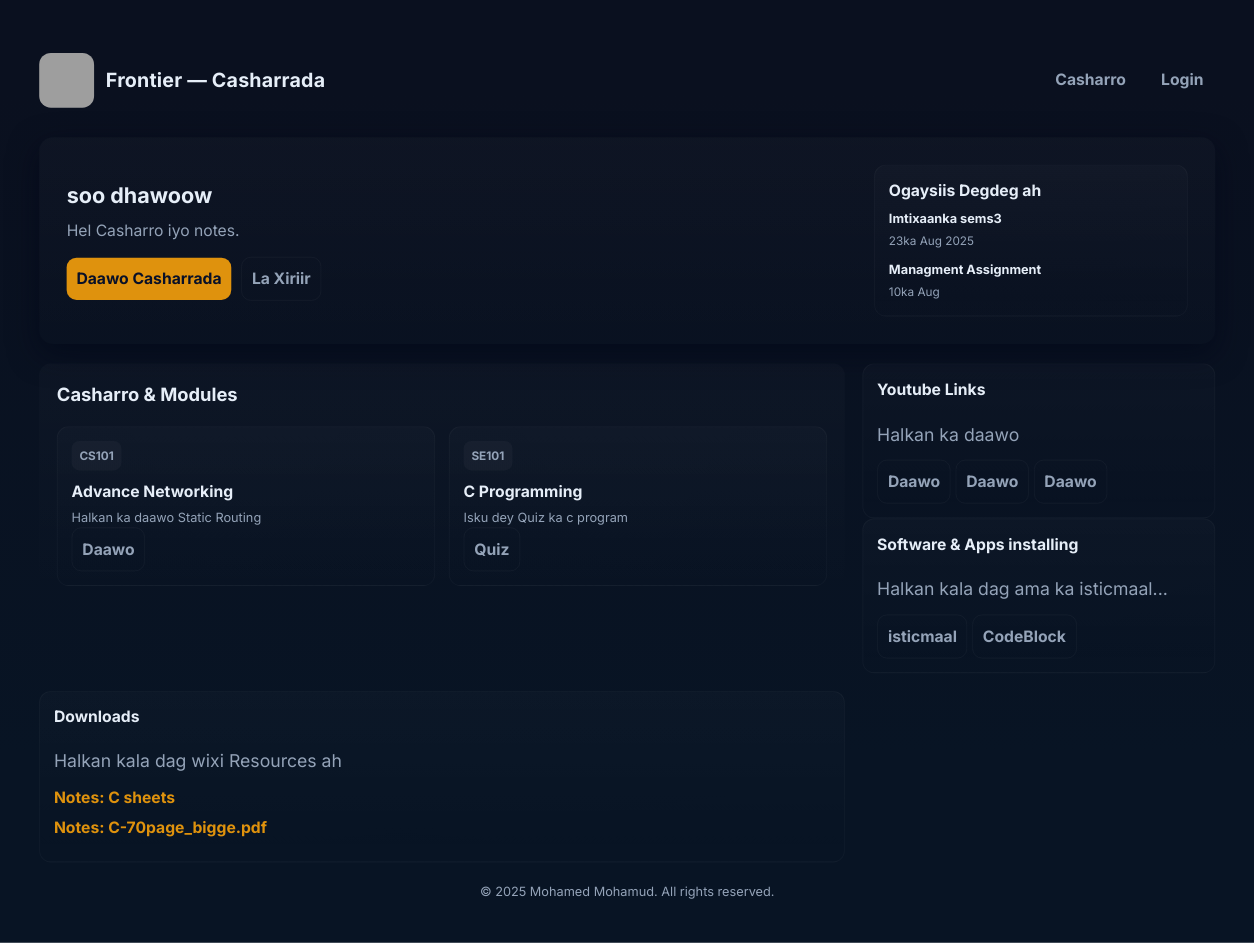
Repository: mrfiiqane/Al-Tacaawun.com
Page: index.html
These files come from the project's save history. The page is drawn as it stood at one moment and after the next save; the edit follows.
The browser window is 1280 px wide. The pictures show the whole page, at 98% of full size.
Pictures or frames that could not be fetched are drawn as grey boxes.

Above is the page before, as saved 2025-08-12 09:08:18.

### index.html
<!doctype html>
<html lang="en">
<head>
  <meta charset="utf-8" />
  <meta name="viewport" content="width=device-width,initial-scale=1" />
  <title>Jaamacadda — Casharrada</title>
  <link rel="stylesheet" href="./style.css">

  <!-- Google Font (optional) -->
  <link href="https://fonts.googleapis.com/css2?family=Inter:wght@300;400;600;700&display=swap" rel="stylesheet">

</head>
<body>
  <div class="wrap">

    <header>
      <div class="brand">
        <div class="logo"></div>
        <div>
          <h1 class="site-title">Frontier — Casharrada</h1>
        </div>
      </div>

      <nav aria-label="Primary">
        <a href="#courses">Casharro</a>
        <a href="./Singin.html">Login</a>
      </nav>
    </header>

    <section class="hero">
      <div class="hero-left">

        <h2>soo dhawoow</h2>
        <p>Hel Casharro iyo notes.</p>

        <div class="cta-row">
          <a class="btn" href="#courses">Daawo Casharrada</a>
          <a class="btn secondary" href="#contact">La Xiriir</a>
        </div>
      </div>

      <div class="hero-right card">
        <h4 style="margin:0 0 8px 0">Ogaysiis Degdeg ah</h4>
        <ul class="ann-list">
          <li class="ann"><div><b>Imtixaanka sems3</b><small> 23ka Aug 2025</small></div></li>
          <li class="ann"><div><b>Managment Assignment</b><small> 10ka Aug</small></div></li>
        </ul>
      </div>
    </section>

    <div class="grid">
      <main>
        <!-- Courses -->
        <div id="courses" class="section">
          <h3 style="margin-top:0">Casharro & Modules</h3>
          <div class="courses">
            <article class="course">
              <span class="code">CS101</span>
              <h3>Advance Networking</h3>
              <p>Halkan ka daawo Static Routing</p>
              <a class="btn secondary" href="https://youtu.be/i_kWL7zncr0?si=UCBDJ3CswC6rXT9E" >Daawo</a>
            </article>
            <article class="course">
              <span class="code">SE101</span>
              <h3>C Programming</h3>
              <p>Isku dey Quiz ka c program</p>
              <a class="btn secondary" href="https://quiz-with-c.vercel.app/" >Quiz</a>
            </article>



          </div>
        </div>



      </main>

      <!-- Sidebar -->
      <aside>
        <div class="card">
          <h4 style="margin-top:0">Youtube Links</h4>
          <p class="site-sub">Halkan ka daawo</p>
          <ul style="margin:12px 0 0 0; padding:0; list-style:none;">
            <a class="btn secondary" href="https://youtu.be/eYBJgoVVvV4" >Daawo</a>
            <a class="btn secondary" href="https://youtu.be/OuTGAZUUJFI" >Daawo</a>
            <a class="btn secondary" href="https://youtu.be/sqkx3KoNXKo" >Daawo</a>
          </ul>
        </div>
        <div class="card">
          <h4 style="margin-top:0">Software & Apps installing</h4>
          <p class="site-sub">Halkan kala dag ama ka isticmaal...</p>
          <ul style="margin:12px 0 0 0; padding:0; list-style:none;">
            <a class="btn secondary" href="https://www.programiz.com/c-programming/online-compiler/" >isticmaal</a>
            <a class="btn secondary" href="https://sourceforge.net/projects/codeblocks/files/Binaries/25.03/Windows/codeblocks-25.03mingw-setup.exe/download" >CodeBlock</a>

          </ul>
        </div>

      </aside>
      <aside>
        <div class="card">
          <h4 style="margin-top:0">Downloads</h4>
          <p class="site-sub">Halkan kala dag wixi Resources ah</p>
          <ul style="margin:12px 0 0 0; padding:0; list-style:none;">
            <li style="margin-bottom:8px"><a href="./images/cheat_sheet_c.pdf" download="" style="color:var(--accent); text-decoration:none; font-weight:700">Notes: C sheets</a></li>
            <li style="margin-bottom:8px"><a href="./images/C-70page-begginers.pdf" download="" style="color:var(--accent); text-decoration:none; font-weight:700">Notes: C-70page_bigge.pdf</a></li>
          </ul>
        </div>

      </aside>
    </div>

    <footer>
      © <span id="year"></span> 2025 Mohamed Mohamud. All rights reserved.
    </footer>

  </div>

</body>
</html>

### style.css
:root{
      --bg:#0f1724;
      --card:#0b1220;
      --accent:#f59f0be8;
      --muted:#94a3b8;
      --glass: rgba(255,255,255,0.04);
      --radius:14px;
      --maxw:1200px;
      font-family: "Inter", system-ui, -apple-system, "Segoe UI", Roboto, "Helvetica Neue", Arial;
    }
    *{box-sizing:border-box}
    html,body{
      height:80%
      width:80%
    }
    body{
      margin:0;
      background: linear-gradient(180deg,#0a101f 10%, #081424 80%);
      color:#e6eef8;
      -webkit-font-smoothing:antialiased;
      -moz-osx-font-smoothing:grayscale;  /* //waa maxay */
      line-height:1.45;
      padding:24px;
      display:flex;
      justify-content:center;
    }
    .wrap{
      width:100%;
      max-width:var(--maxw);

    }

    /* Header */
    header{
      display:flex;
      align-items:center;
      justify-content:space-between;
      gap:16px;
      margin: 30px auto;
    }
    .brand{
      display:flex;
      align-items:center;
      gap:12px;
    }
    .logo{
      background-image: url('https://encrypted-tbn0.gstatic.com/images?q=tbn:ANd9GcTuMOF6fEdt8Zlo2HOTVPE4MufJVdZzyfTKlA&s');
      background-size:cover;
      background-position:center;
      background-repeat:no-repeat;
      width:56px;
      height:56px;
      border-radius:12px;
      display:flex;
      align-items:center;
      justify-content:center;
      font-weight:700;
      font-size:20px;
    }
    h1.site-title{
      margin:0;
      font-size:20px;
      letter-spacing:0.2px;
    }
    p.site-sub{ margin:0; color:var(--muted); font-size:18px }

    nav{
      display:flex;
      gap:12px;
      align-items:center;
    }
    nav a{
      color:var(--muted);
      text-decoration:none;
      font-weight:800;
      padding:8px 12px;
      border-radius:10px;
    }
    nav a:hover{ color:#fff; background:var(--glass) }

    /* Hero */
    .hero{
      background: linear-gradient(180deg, rgba(255,255,255,0.02), transparent);
      border-radius: var(--radius);
      padding:28px;
      display:flex;
      gap:24px;
      align-items:center;
      margin-bottom:20px;
      box-shadow: 0 10px 30px rgba(2,6,23,0.6);
    }
    .hero-left{flex:1}
    .hero-right{ width:320px; min-width:220px }
    .hero h2{ margin:0 0 8px 0; font-size:22px }
    .hero p{ margin:0 0 14px 0; color:var(--muted) }

    .cta-row{ display:flex; gap:10px; align-items:center }
    .btn{
      background:var(--accent);
      color:#081028;
      padding:10px;
      border-radius:10px;
      font-weight:700;
      border:none;
      cursor:pointer;
      text-decoration:none;
      display:inline-block;
    }
    .btn.secondary{
      background:transparent;
      color:var(--muted);
      border:1px solid rgba(255,255,255,0.04);
    }

    /* Grid */
    .grid{
      display:grid;
      gap:18px;
      grid-template-columns: 1fr 360px;
    }

    /* Main content */
    main{ background:transparent }
    .section{
      background: linear-gradient(180deg, rgba(255,255,255,0.02), transparent);
      padding:18px;
      border-radius:12px;
      margin-bottom:16px;
    }

    /* Courses */
    .courses{
      display:grid;
      grid-template-columns: repeat(auto-fit,minmax(230px,1fr));
      gap:14px;
    }
    .course{
      background:linear-gradient(180deg, rgba(255,255,255,0.02), transparent);
      padding:14px;
      border-radius:12px;
      border:1px solid rgba(255,255,255,0.03);
      transition:transform .18s ease, box-shadow .18s ease;
    }
    .course:hover{ transform:translateY(-6px); box-shadow:0 12px 30px rgba(2,6,23,0.6) }
    .code{
      display:inline-block;
      background:rgba(255,255,255,0.03);
      padding:6px 8px;
      border-radius:8px;
      color:var(--muted);
      font-weight:700;
      font-size:12px;
    }
    .course h3{ margin:10px 0 6px 0; font-size:16px }
    .course p{ margin:0; color:var(--muted); font-size:13px }

    /* Sidebar cards */
    .card{
      background: linear-gradient(180deg, rgba(255,255,255,0.02), transparent);
      padding:14px;
      border-radius:12px;
      border:1px solid rgba(255,255,255,0.03);
    }
    .ann-list{ list-style:none; margin:0; padding:0; display:flex; flex-direction:column; gap:10px }
    .ann{
      display:flex; gap:10px; align-items:flex-start;
    }
    .ann b{ display:block; font-size:13px }
    .ann small{ color:var(--muted); font-size:12px }

    footer{
      margin:20px; text-align:center; color:var(--muted); font-size:13px;
    }

    /* Responsive */
    @media (max-width:768px){
    header{
      display:block;
      align-items:center;
      justify-content:space-around;
      gap:5px;
      margin-bottom:22px;
    }
    .hero, .grid{
      display: flex;
      flex-direction: column;
    }

    nav{
      gap:5px;
      justify-content: end;
    }
    .btn{
      padding:10px;
    }

    }

After the next save:
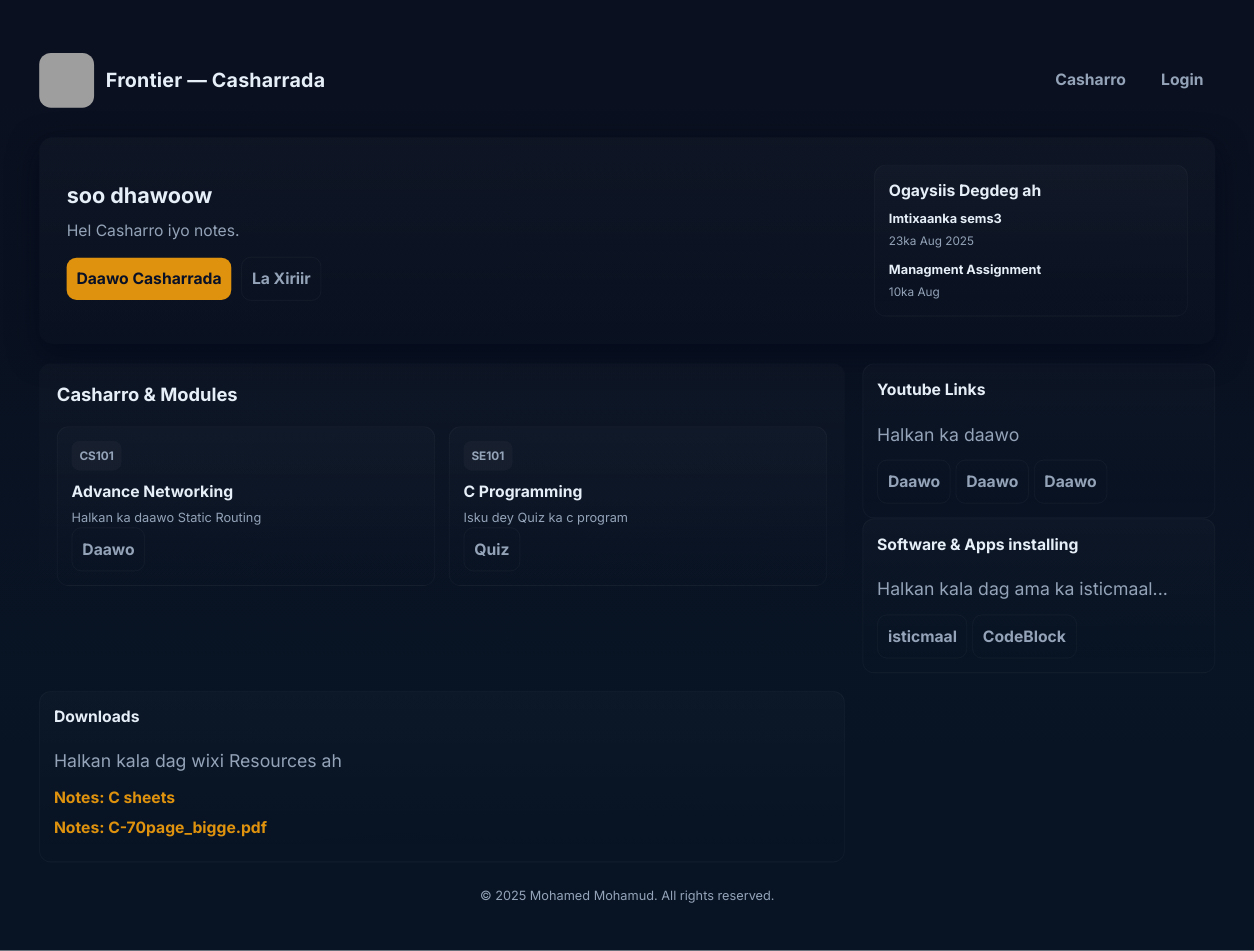
Saved 21 s later.
--- a/style.css
+++ b/style.css
@@ -169,7 +169,7 @@
     .ann small{ color:var(--muted); font-size:12px }
 
     footer{
-      margin:20px; text-align:center; color:var(--muted); font-size:13px;
+      margin:24px; text-align:center; color:var(--muted); font-size:13px;
     }
 
     /* Responsive */
